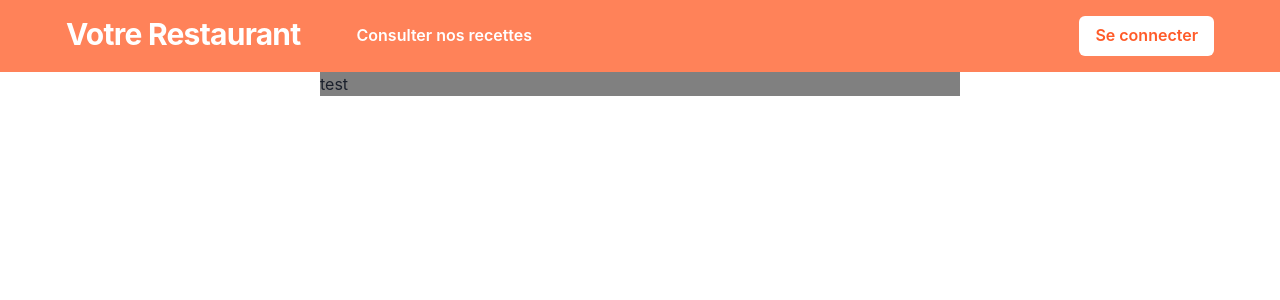
Repository: Ecaron76/tp-restau-next
Page: /
An editor plug-in stored every save of this project. The page is shown before and after the next save, followed by the edit.
The browser window is 1280 px wide. The pictures show the whole page.
The project was rebuilt for these pictures with package versions that can differ from the ones it lists, and the page was loaded fresh each time. The framework's server and built-in components were replaced by stand-ins that run in the browser. Also part of the build but not shown: next.config.mjs.

Above is the page before, as saved 2024-02-25 18:18:13.

After the next save:
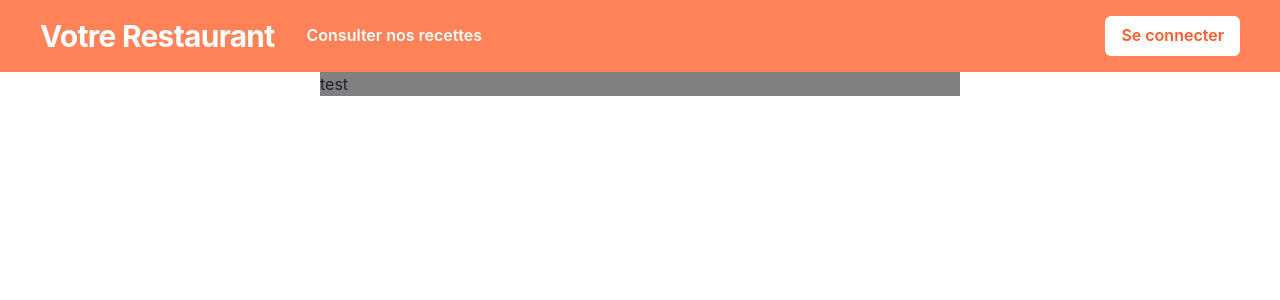
Saved 103 s later.
--- a/src/components/Header/Header.tsx
+++ b/src/components/Header/Header.tsx
@@ -1,28 +1,25 @@
 import { Box, Flex, Heading, Spacer, Button } from '@chakra-ui/react';
-import NextLink from 'next/link'; // Pour gérer la navigation entre les pages
+import NextLink from 'next/link';
 
 const Header = () => {
   return (
     <Box bg="brand.300" p={4} color="white">
-      <Flex alignItems="center" maxW="100%" marginLeft={'50px'} marginRight={'50px'} justifyContent='space-between'>
-        {/* Logo ou Nom du restaurant */}
-        <Box display={'flex'} gap={10}>
-        <Heading as="h1" size="lg" letterSpacing="tight">
-          <NextLink href="/" passHref>
-              Votre Restaurant
-          </NextLink>
-        </Heading>
-        <Box>
+      <Flex alignItems="center" justifyContent='space-between' maxW="1200px" mx="auto">
+        <Box display={'flex'} gap={4} alignItems="center">
+          <Heading as="h1" size="lg" letterSpacing="tight">
+            <NextLink href="/" passHref>
+              <a style={{ textDecoration: 'none', color: 'white' }}>Votre Restaurant</a>
+            </NextLink>
+          </Heading>
           <NextLink href="/recettes" passHref>
-            <Button  variant="ghost" color={'white'}>
+            <Button variant="ghost" color="white" _hover={{ color: 'brand.400' }}>
               Consulter nos recettes
             </Button>
           </NextLink>
         </Box>
-        </Box>
         <Box>
           <NextLink href="/login" passHref>
-            <Button  variant="ghost" color={'brand.400'} bg={'white'}>
+            <Button variant="ghost" color="brand.400" bg="white" _hover={{ bg: 'brand.100' }}>
               Se connecter
             </Button>
           </NextLink>

After the 2 saves that followed:
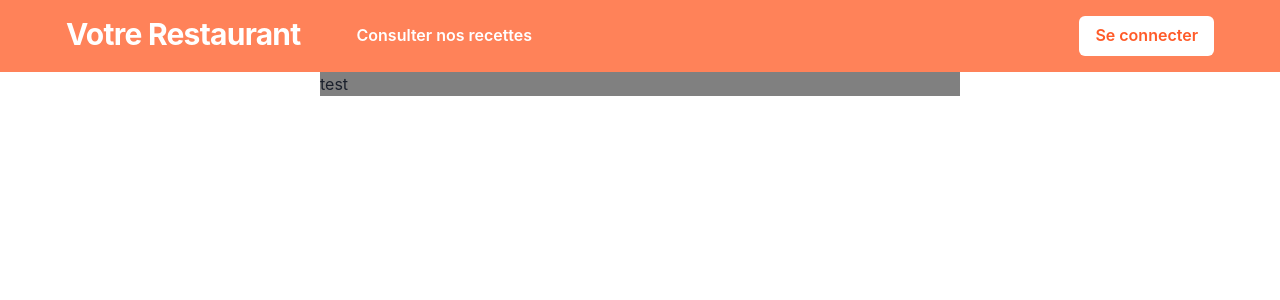
The 2 saves are shown as one change because 1 left the picture as it was.
The last was saved 37 s later.
--- a/src/components/Header/Header.tsx
+++ b/src/components/Header/Header.tsx
@@ -1,25 +1,28 @@
 import { Box, Flex, Heading, Spacer, Button } from '@chakra-ui/react';
-import NextLink from 'next/link';
+import NextLink from 'next/link'; // Pour gérer la navigation entre les pages
 
 const Header = () => {
   return (
     <Box bg="brand.300" p={4} color="white">
-      <Flex alignItems="center" justifyContent='space-between' maxW="1200px" mx="auto">
-        <Box display={'flex'} gap={4} alignItems="center">
-          <Heading as="h1" size="lg" letterSpacing="tight">
-            <NextLink href="/" passHref>
-              <a style={{ textDecoration: 'none', color: 'white' }}>Votre Restaurant</a>
-            </NextLink>
-          </Heading>
+      <Flex alignItems="center" maxW="100%" marginLeft={'50px'} marginRight={'50px'} justifyContent='space-between'>
+        {/* Logo ou Nom du restaurant */}
+        <Box display={'flex'} gap={10}>
+        <Heading as="h1" size="lg" letterSpacing="tight">
+          <NextLink href="/" passHref>
+              Votre Restaurant
+          </NextLink>
+        </Heading>
+        <Box>
           <NextLink href="/recettes" passHref>
-            <Button variant="ghost" color="white" _hover={{ color: 'brand.400' }}>
+            <Button  variant="ghost" color={'white'}>
               Consulter nos recettes
             </Button>
           </NextLink>
         </Box>
+        </Box>
         <Box>
           <NextLink href="/login" passHref>
-            <Button variant="ghost" color="brand.400" bg="white" _hover={{ bg: 'brand.100' }}>
+            <Button  variant="ghost" color={'brand.400'} bg={'white'}>
               Se connecter
             </Button>
           </NextLink>
